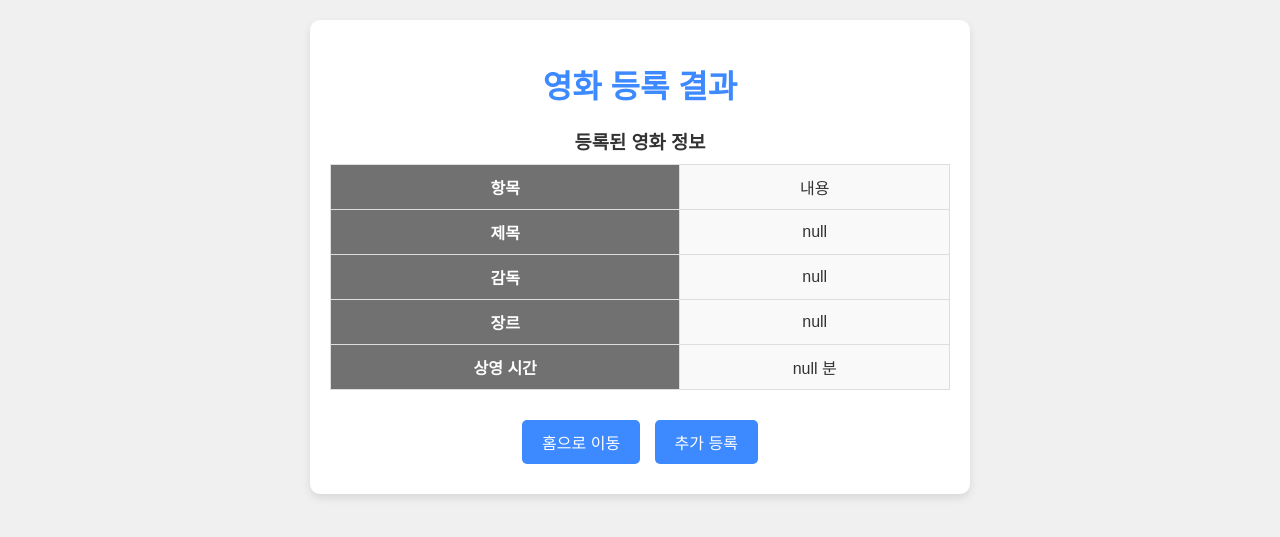
Repository: s00ngle/SSAFY-BE
Page: http://localhost/back_db_ws_01_2/regist_result.jsp
An editor plug-in stored every save of this project. The page is shown before and after the next save, followed by the edit.
The browser window is 1280 px wide. The pictures show the whole page.
The page is served by Tomcat 10. Other server files are loaded and not shown. The template is opened directly, without the code that normally fills it, so the values that code supplies are empty.

Above is the page before, as saved 2024-09-24 04:26:51.

### back_db_ws_01_2/src/main/webapp/regist_result.jsp
<%@ page language="java" contentType="text/html; charset=UTF-8"
    pageEncoding="UTF-8"%>
<!DOCTYPE html>
<html>
<head>
    <title>영화 등록 결과</title>
    <style>
        body {
            font-family: 'Arial', sans-serif;
            background-color: #f0f0f0;
            margin: 0;
            padding: 20px;
            color: #333;
        }

        h1 {
            text-align: center;
            color: #3d89ff;
            margin-bottom: 20px;
        }

        h3 {
            text-align: center;
            color: #333;
            margin-bottom: 10px;
        }

        .container {
            width: 50%;
            margin: 0 auto;
            background-color: #fff;
            padding: 20px;
            box-shadow: 0 4px 8px rgba(0, 0, 0, 0.1);
            border-radius: 10px;
        }

        table {
            width: 100%;
            border-collapse: collapse;
            margin-bottom: 20px;
        }

        th, td {
            padding: 10px;
            text-align: center;
            border: 1px solid #ddd;
        }

        th {
            background-color: #717171;
            color: white;
        }

        td {
            background-color: #f9f9f9;
        }

        a {
            display: inline-block;
            margin: 10px 5px;
            padding: 10px 20px;
            text-decoration: none;
            background-color: #3d89ff;
            color: white;
            border-radius: 5px;
            transition: background-color 0.3s;
        }

        a:hover {
            background-color: #3d89ff;
        }

        .button-container {
            text-align: center;
        }
    </style>
</head>
<body>
    <div class="container">
        <h1>영화 등록 결과</h1>
        <h3>등록된 영화 정보</h3>
        <table>
            <tr>
                <th>항목</th>
                <td>내용</td>
            </tr>
            <tr>
                <th>제목</th>
                <td><%= request.getAttribute("title") %></td>
            </tr>
            <tr>
                <th>감독</th>
                <td><%= request.getAttribute("director") %></td>
            </tr>
            <tr>
                <th>장르</th>
                <td><%= request.getAttribute("genre") %></td>
            </tr>
            <tr>
                <th>상영 시간</th>
                <td><%= request.getAttribute("runningTime") %> 분</td>
            </tr>
        </table>
        <div class="button-container">
            <a href="/">홈으로 이동</a>
            <a href="/regist.html">추가 등록</a>
        </div>
    </div>
</body>
</html>

After the next save:
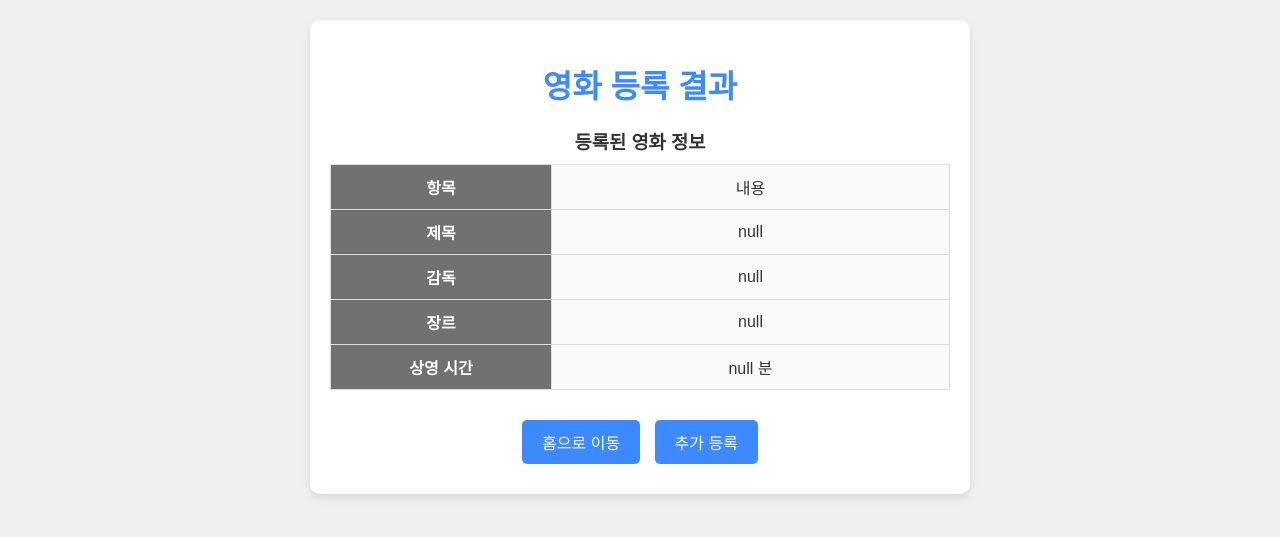
Saved 79 s later.
--- a/back_db_ws_01_2/src/main/webapp/regist_result.jsp
+++ b/back_db_ws_01_2/src/main/webapp/regist_result.jsp
@@ -49,6 +49,7 @@
         th {
             background-color: #717171;
             color: white;
+            width: 200px;
         }
 
         td {
